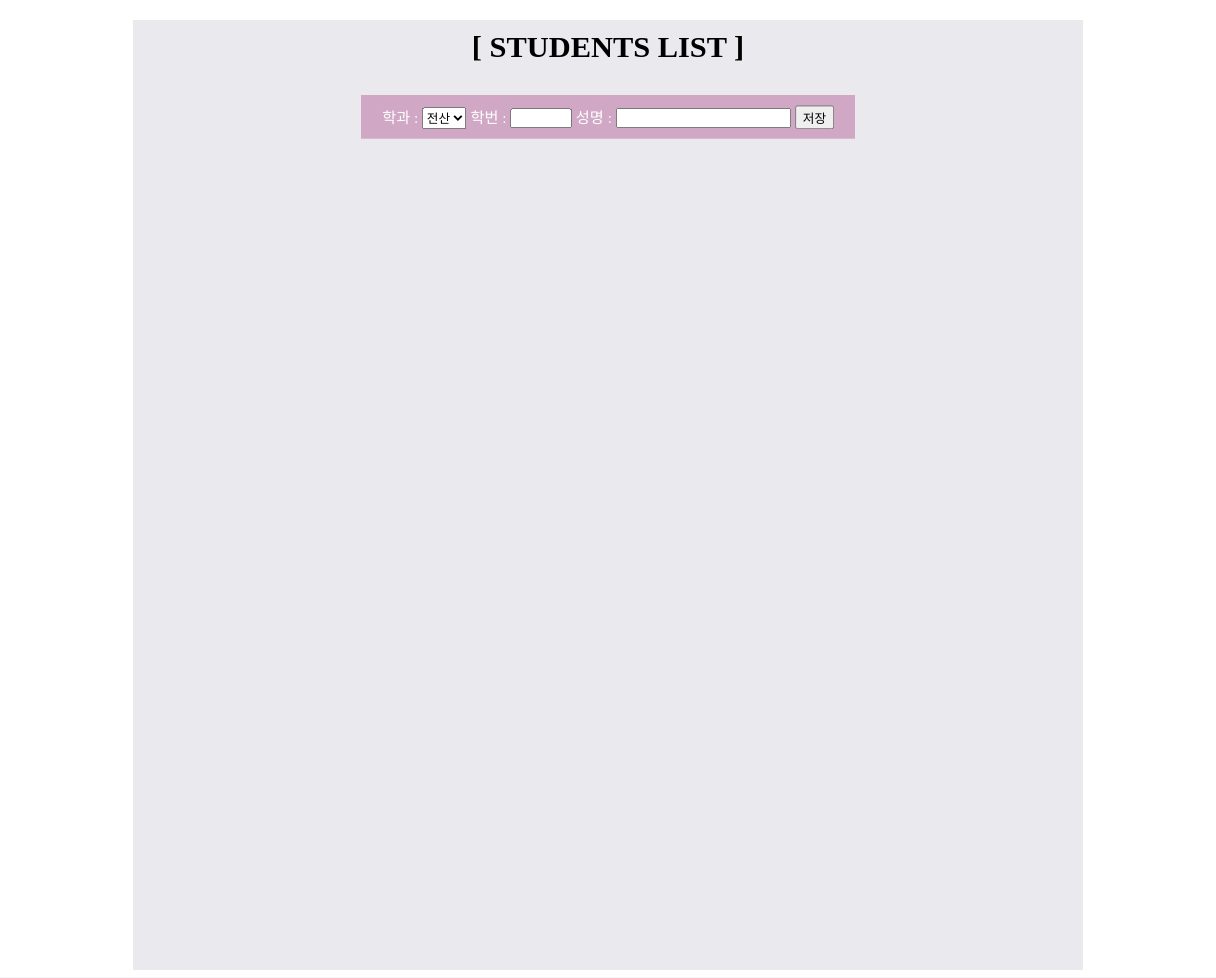
Repository: eeul07/html
Page: ex0508/WebContent/WEB-INF/students/slist.html
The author's editor kept a copy of each file at every save. The page is drawn from the files as they stood at one save, then again after the next save.
The browser window is 1280 px wide. The pictures show the whole page, at 95% of full size.
Some web libraries are served in a nearby version.

Above is the page before, as saved 2020-05-08 01:09:03.

After the next save:
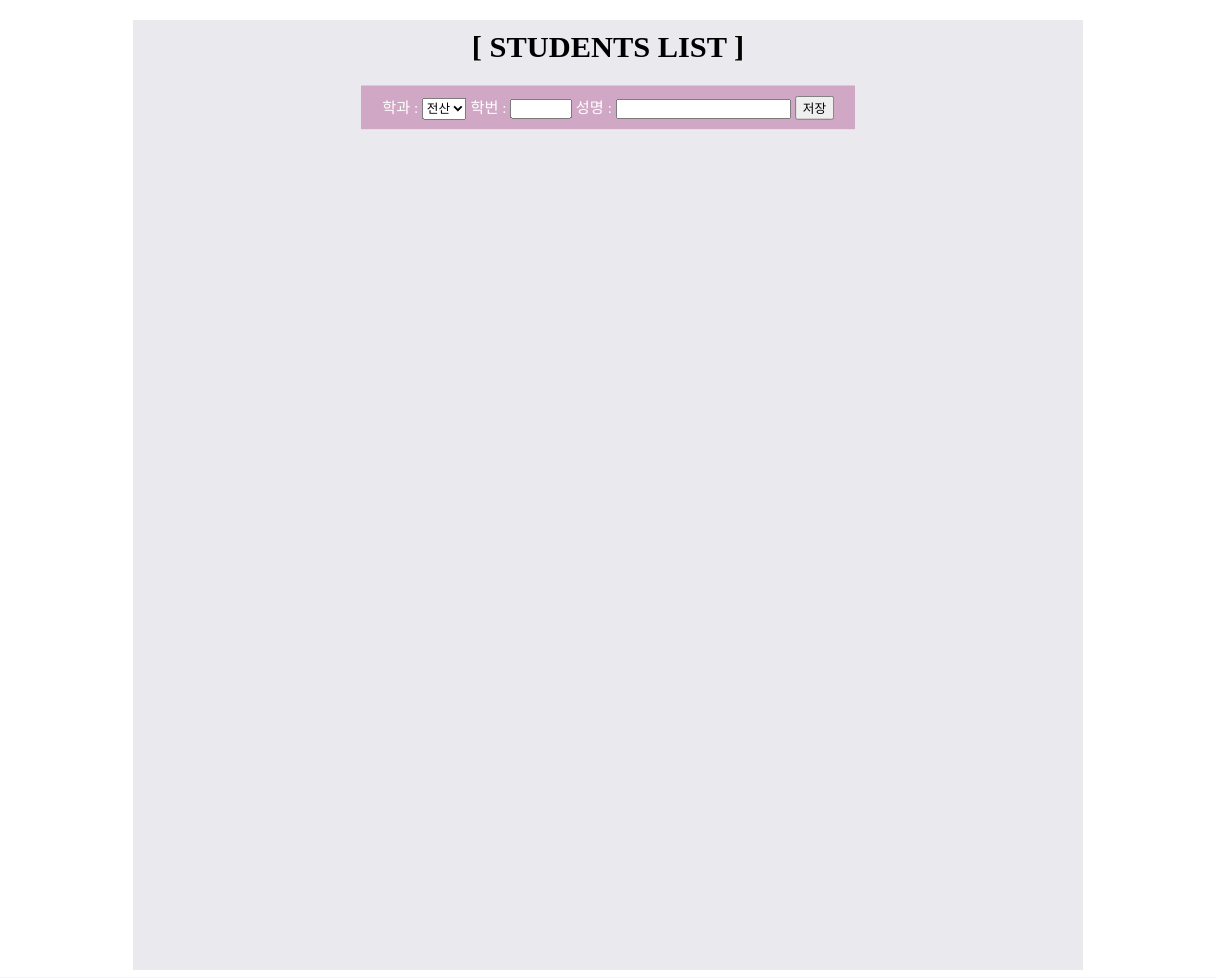
Saved 7 s later.
--- a/ex0508/WebContent/WEB-INF/students/slist.html
+++ b/ex0508/WebContent/WEB-INF/students/slist.html
@@ -7,7 +7,7 @@
 	<script src="https://cdnjs.cloudflare.com/ajax/libs/handlebars.js/3.0.1/handlebars.js"></script>
 	<style>
 		#page{background:#E9E9EE; width:1000px; height:1000px; margin:auto;}
-		h1{text-align:center; padding:10px;}
+		h1{text-align:center; padding-top:10px;}
 		select{height:23px;}
 		#students{background:#D0A8C5; color:white; width:500px; padding:10px; margin:auto;
 				text-align:center;}
